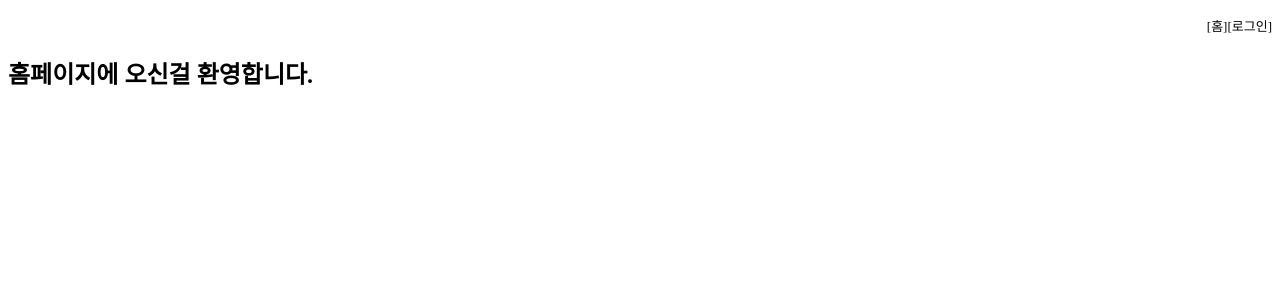
Repository: LTaeHoon/javajsp_ncs
Page: http://localhost/chap02_Directive_Object/directive/include/header.jsp
These files come from the project's save history. The page is drawn as it stood at one moment and after the next save; the edit follows.
The browser window is 1280 px wide. The pictures show the whole page.
The page is served by Tomcat 9.

Above is the page before, as saved 2017-01-12 06:04:23.

After the next save:
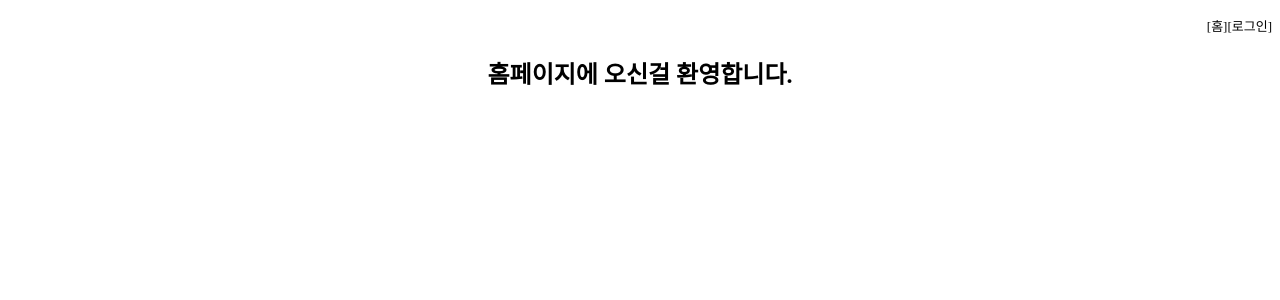
Saved 9 s later.
--- a/chap02_Directive_Object/WebContent/directive/include/header.jsp
+++ b/chap02_Directive_Object/WebContent/directive/include/header.jsp
@@ -10,7 +10,7 @@
 	<p align ="right">
 		<font size="2">[홈][로그인]</font>
 	</p>
-	<h2> 홈페이지에 오신걸 환영합니다. </h2>
+	<h2 align="center"> 홈페이지에 오신걸 환영합니다. </h2>
 
 </body>
 </html>
